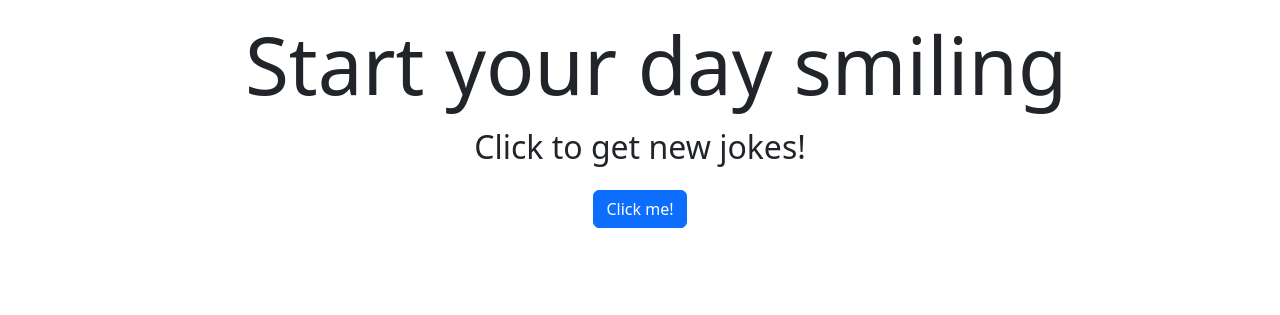
Repository: danieltikamori/wdb
Page: projects/Joke Machine/index.html
These files come from the project's save history. The page is drawn as it stood at one moment and after a run of saves; the edit follows.
The browser window is 1280 px wide. The pictures show the whole page.
Some web libraries are served in a nearby version.

Above is the page before, as saved 2023-01-28 18:10:55.

After the next 2 saves:
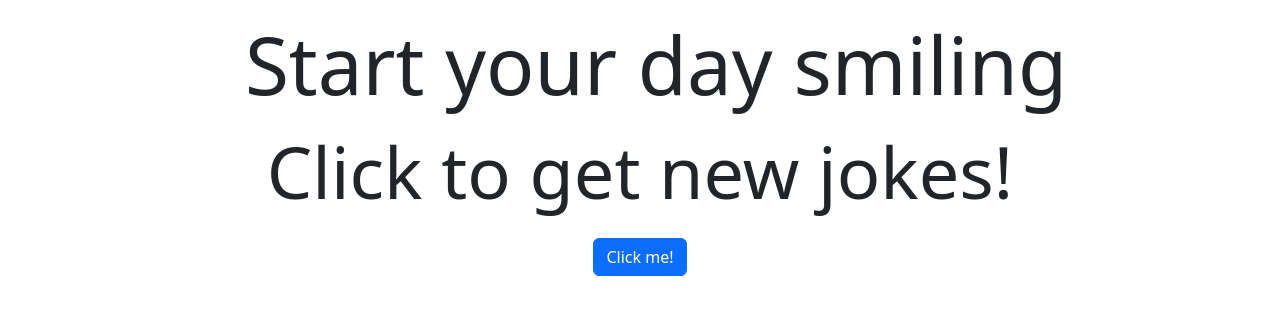
The 2 saves are shown as one change because they came seconds apart.
The last was saved 12 s later.
--- a/projects/Joke Machine/index.html
+++ b/projects/Joke Machine/index.html
@@ -10,7 +10,7 @@
 <body>
   <div class="container text-center">
     <h1 class="m-3 container-fluid display-1">Start your day smiling</h1>
-    <h2 class="container-fluid">Click to get new jokes!</h2>
+    <h2 class="container-fluid display-2">Click to get new jokes!</h2>
     <button id="jokeButton" class="btn btn-primary m-3">Click me!</button>
     <ul id="jokes"></ul>
   </div>
